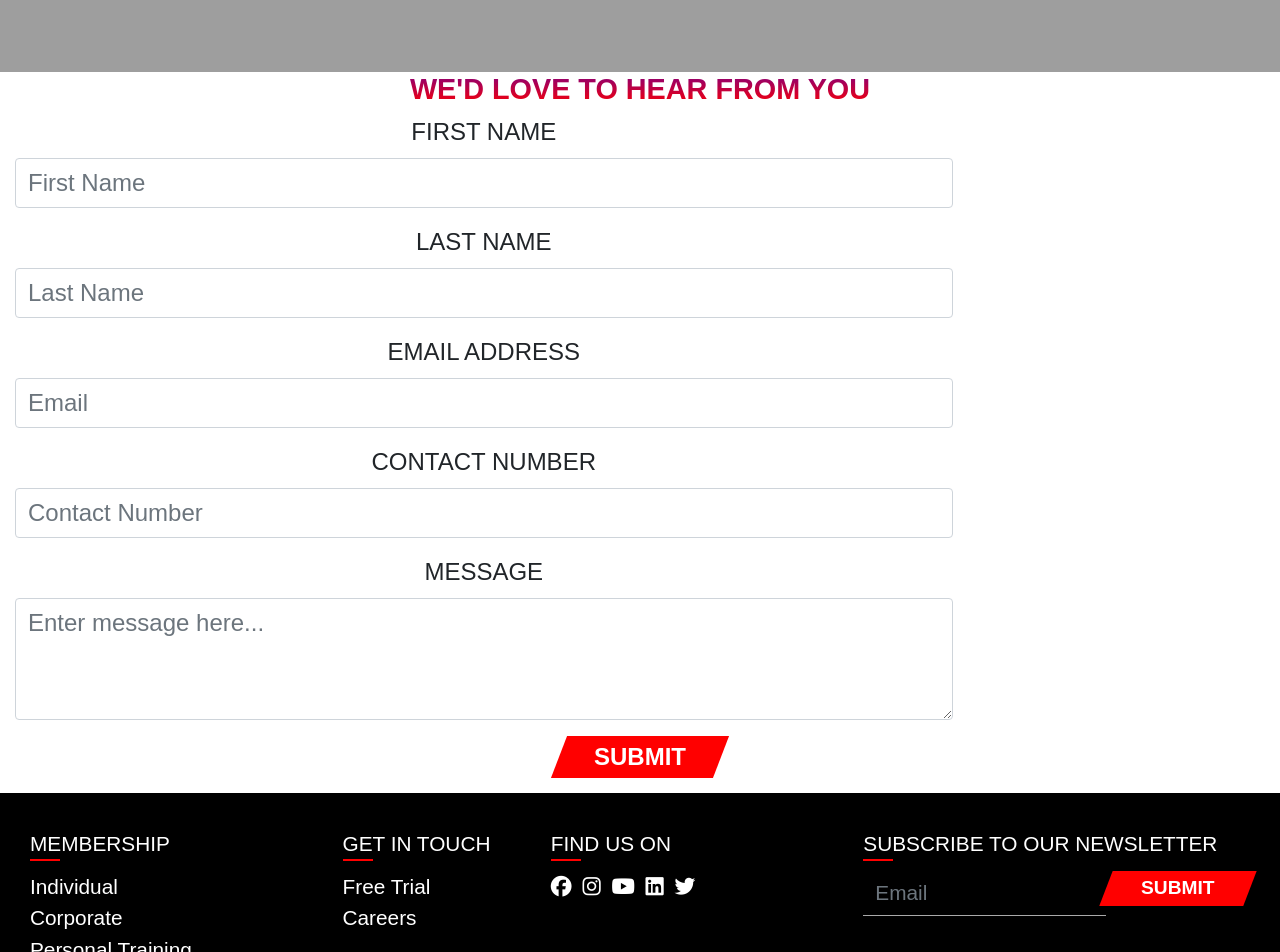
Repository: KJY93/User_Centric_Frontend_Development_Project
Page: contact.html
The author's editor kept a record of every edit. The page is drawn from the files as they stood at one moment, then again after the next edit.
The browser window is 1280 px wide. The pictures show the part of the page from y = 551 to 1503 px (the page is 1614 px tall).
Pictures or frames that could not be fetched are drawn as grey boxes. Some web fonts or font styles are not loaded; a fallback is used. Some web libraries are served in a nearby version.

Above is the page before.

After the next edit:
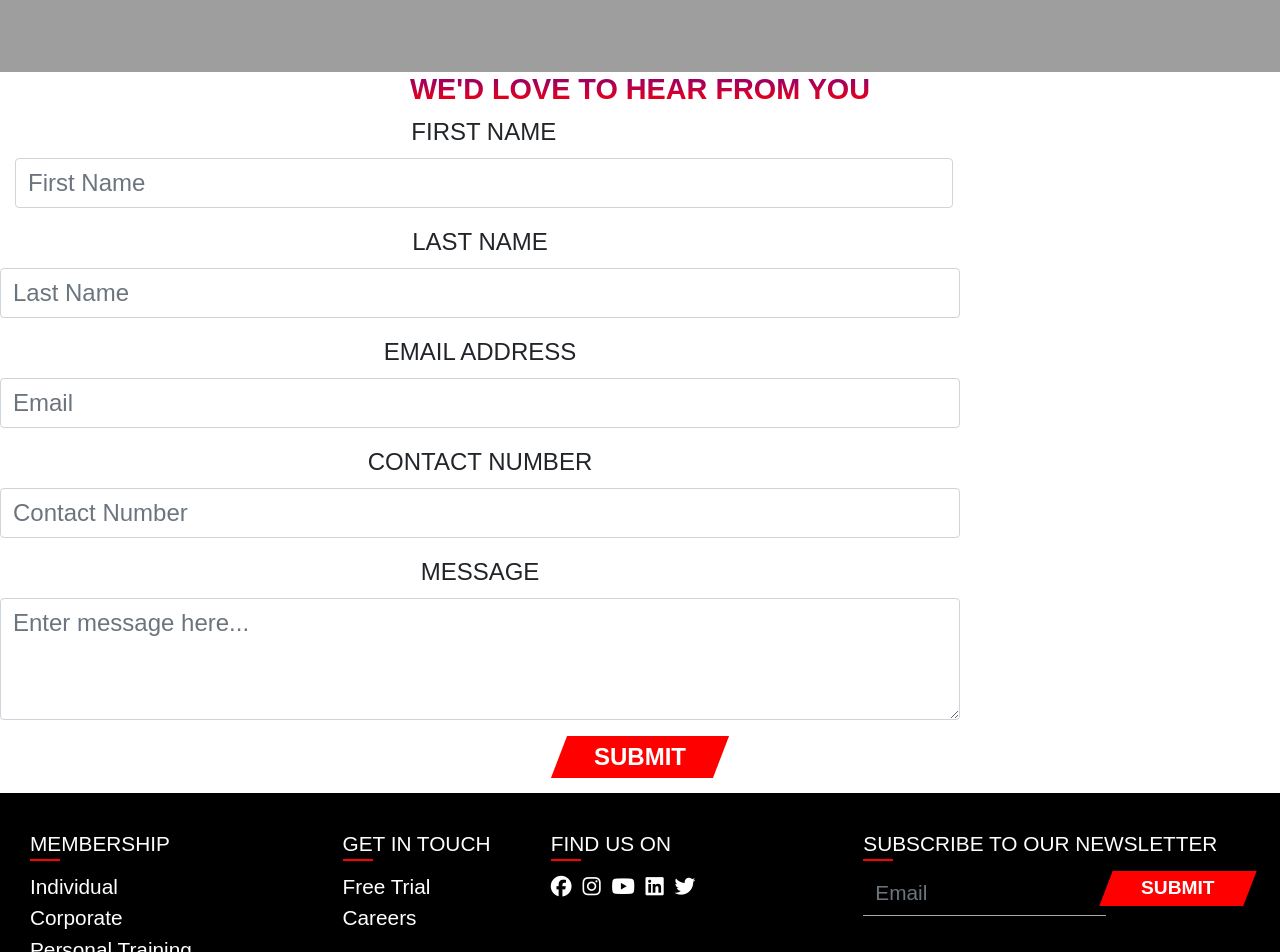
The edit:
--- a/contact.html
+++ b/contact.html
@@ -63,7 +63,7 @@
 			<div class="container-fluid">
                 <form method="post" action="">
                     <div class="form-group w-75">
-                    	<div>
+
                         	<div class="form-attribute"><label for="firstname">FIRST NAME</label></div>
                         	<input type="text" class="form-control form-placeholder" id="firstname" placeholder="First Name">
                     	</div>

After the edit that followed:
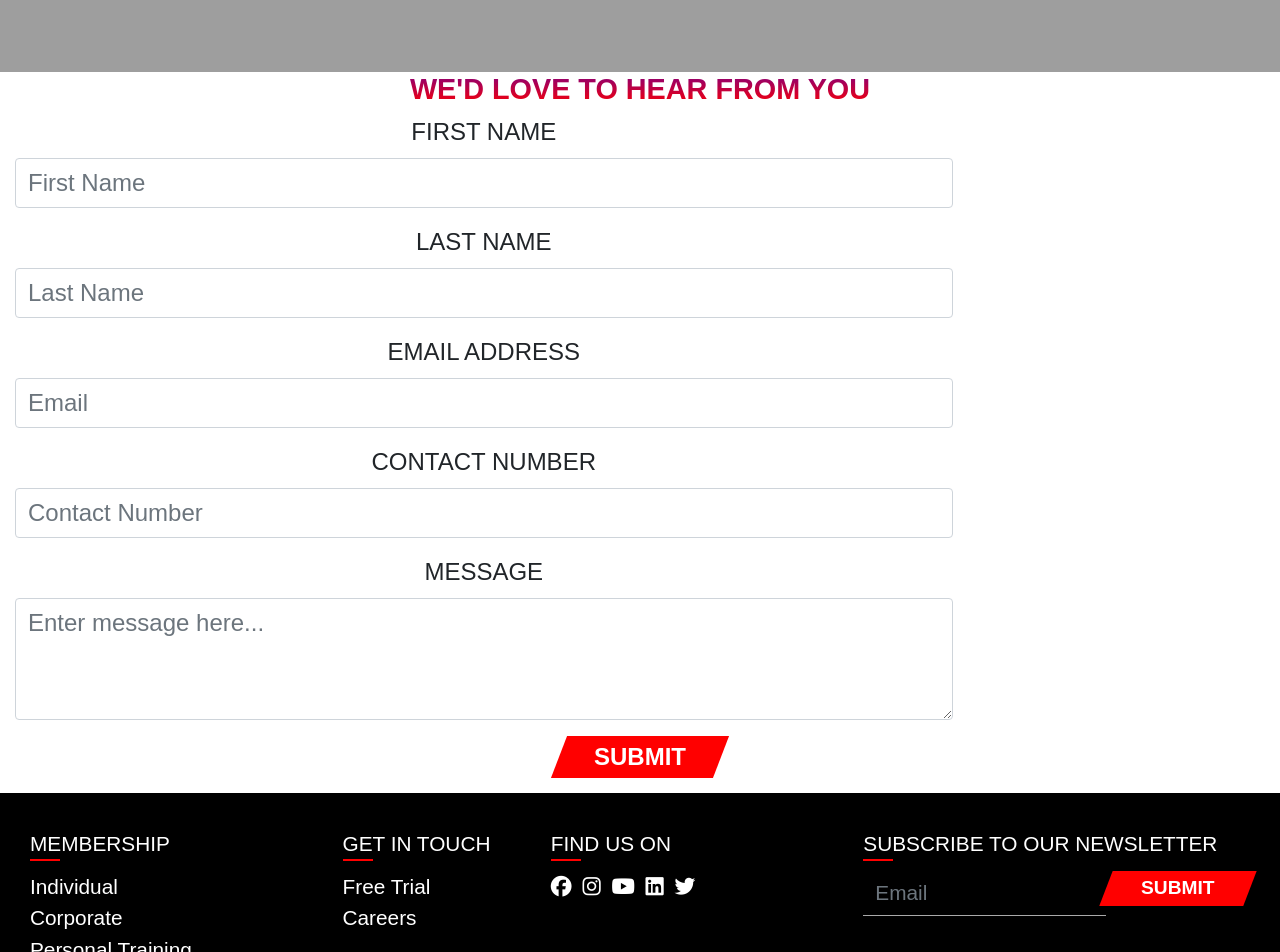
The edit:
--- a/contact.html
+++ b/contact.html
@@ -63,10 +63,8 @@
 			<div class="container-fluid">
                 <form method="post" action="">
                     <div class="form-group w-75">
-
-                        	<div class="form-attribute"><label for="firstname">FIRST NAME</label></div>
-                        	<input type="text" class="form-control form-placeholder" id="firstname" placeholder="First Name">
-                    	</div>
+                    	<div class="form-attribute"><label for="firstname">FIRST NAME</label></div>
+                    	<input type="text" class="form-control form-placeholder" id="firstname" placeholder="First Name">
                     </div>
 
                     <div class="form-group w-75">
